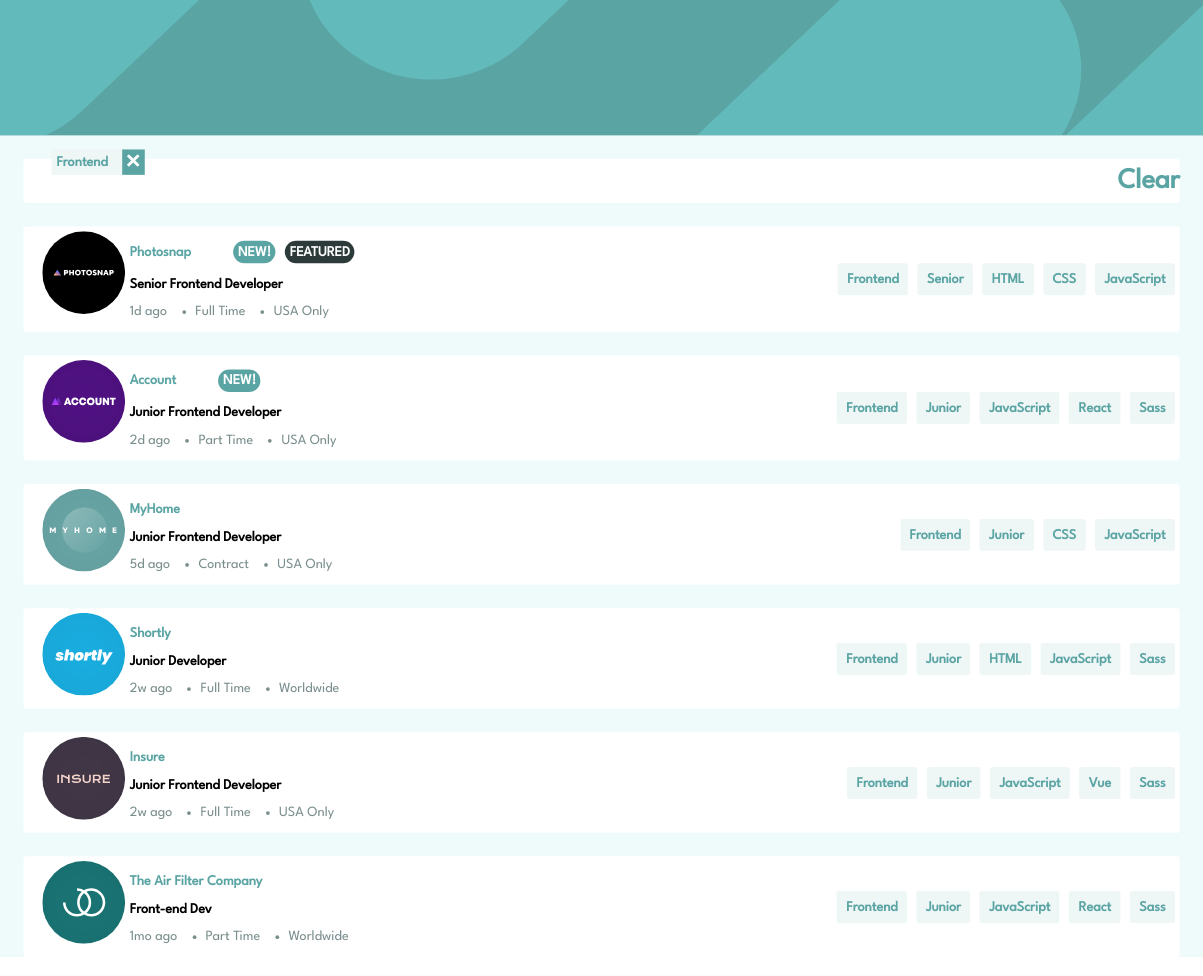
Repository: DevLaukey/job-listing
Page: /, after clicking the first element matching `div.category`
An editor plug-in stored every save of this project. The page is shown before and after the next save, followed by the edit.
The browser window is 1280 px wide. The pictures show the whole page, at 94% of full size.
Some web fonts or font styles are not loaded; a fallback is used. The project was rebuilt for these pictures with package versions that can differ from the ones it lists, and the page was loaded fresh each time.

Above is the page before, as saved 2022-06-06 00:35:35.

### src/App.js
import { useState } from "react";
import "./App.css";
import Filter from "./components/Filter";
import Header from "./components/Header";
import Tablet from "./components/Tablet";
import data from "./data.json";

function App() {
  const [tagList, setTagList] = useState([]);


    function filterTag(e) {
      if (tagList.length === 0) {
        return true;
      } else {
        let jobTags = [e.role, e.level, ...e.languages, ...e.tools];

        return tagList.every((tag) => jobTags.includes(tag));
      }
    }
  // const tablets = data.map((data) =>
  // (<Tablet
  //   key={data.id}
  //   company={data.company}
  //   neew={data.new}
  //   featured={data.featured}
  //   position={data.position}
  //   role={data.role}
  //   level={data.level}
  //   postedAt={data.postedAt}
  //   contract={data.contract}
  //   location={data.location}
  //   languages={data.languages}
  //   tools={data.tools}
  //   logo={data.logo} />));


  return (
    <div className="App">
      <Header onClick={setTagList} tagList={tagList} />
      {data
        .filter((e) => filterTag(e))
        .map((e, id) => (
          <Tablet onClick={setTagList} tagList={tagList} key={id} data={e} />
        ))}
      {/* <Filter />
      <div className="content">{tablets}</div> */}
    </div>
  );
}

export default App;

### src/App.css
@import url('https://fonts.googleapis.com/css2?family=Grape+Nuts&family=League+Spartan&display=swap');
*{
  margin: 0;
  padding: 0;
  box-sizing: border-box;
}
.App{
  background-color: hsl(180, 52%, 96%);
  font-size: 15px;
}

### src/components/Filter.js
function Filter(Props) {
  function handleClick(tagNameTarget) {
    Props.onClick(Props.tagList.filter((tag) => tag !== tagNameTarget));
  }

  if (Props.tagList.length === 0) {
    return "";
  } else {
    return (
      <div className="tablet">
          {Props.tagList.map((e, id) => (
            <div className="filter">
              <div className="option">
                <p className="front-end" key={id}>
                  {e}
                </p>
                <div className="icon" onClick={() => handleClick(e)}>
                  <svg
                    xmlns="http://www.w3.org/2000/svg"
                    width="14"
                    height="14"
                  >
                    <path
                      fill="#FFF"
                      fill-rule="evenodd"
                      d="M11.314 0l2.121 2.121-4.596 4.596 4.596 4.597-2.121 2.121-4.597-4.596-4.596 4.596L0 11.314l4.596-4.597L0 2.121 2.121 0l4.596 4.596L11.314 0z"
                    />
                  </svg>
                </div>
              </div>
            </div>
          ))}
          <h1 className="clear" onClick={() => Props.onClick([])}>
            Clear
          </h1>
        </div>
    );
  }
}

export default Filter;

### src/components/Header.js
import React from 'react'
import Filter from './Filter'
import "./styles.css"

function Header(Props) {
  return (
    <>
      <header className="header"></header>
      <Filter onClick={Props.onClick} tagList={Props.tagList} />
    </>
  );
}

export default Header

### src/components/Tablet.js
import "./styles.css";
import Tagbox from "./Tagbox";

function Tablet(props) {
    let {logo, company, featured, position, postedAt, contract, location,level, role, languages, tools} = props.data;

  let neew = props.data.new;
  return (
    <div className="tablet ">
      <div className="tablet_content">
        <div className="desktop">
          <img className="image" src={logo} alt="" />
          <div className="block">
            <div className="heading">
              <div className="company">
                <p>{company}</p>
              </div>
              <div>{neew && <p className="new">NEW!</p>}</div>
              <div>{featured && <p className="featured">FEATURED</p>}</div>
            </div>

            <div className="title">
              <p>{position}</p>
            </div>
            <div className="details">
              <p>{postedAt}</p>
              <ul className="list">
                <li>{contract}</li>
                <li className="country">{location}</li>
              </ul>
            </div>
          </div>
        </div>
        <hr className="line" />
      </div>
      <div className="tags">
        <Tagbox
          onClick={props.onClick}
          tagList={props.tagList}
          tagName={role}
        />
        <Tagbox
          onClick={props.onClick}
          tagList={props.tagList}
          tagName={level}
        />
        {languages.map((e, id) => (
          <Tagbox
            onClick={props.onClick}
            tagList={props.tagList}
            key={`${id}_${id}_languages`}
            tagName={e}
          />
        ))}
        {tools.map((e, id) => (
          <Tagbox
            onClick={props.onClick}
            tagList={props.tagList}
            key={`${id}_${id}_tools`}
            tagName={e}
          />
        ))}
      </div>
    </div>
  );
}

export default Tablet;

### src/components/styles.css
.header {
  background-image: url(../assets/bg-header-mobile.svg);
  padding: 10vh;
  background-color: hsl(180, 29%, 50%);
}
.tablet {
  background-color: white;
  margin: 25px 25px 20px 25px;
  font-family: "League Spartan", sans-serif;
  border-radius: 3px;
  font-weight: 700;
}
.tablet:hover {
  transition: 0.2s ease-in-out;
  border-left: 3px solid hsl(180, 29%, 50%);
}
.tablet_content {
  margin-left: 15px;
  margin-right: 30px;
  align-items: center;
}
.image {
  height: 50px;
  margin-top: -20px;
}
.heading {
  margin-top: 15px;
  display: flex;
}
.company {
  color: hsl(180, 29%, 50%);
  margin-right: 3em;
  margin-top: 5px;
}
.new {
  background-color: hsl(180, 29%, 50%);
  padding: 5px;
  color: white;
  border-radius: 25px;
  margin-right: 10px;
}
.featured {
  background-color: hsl(180, 14%, 20%);
  padding: 5px;
  color: white;
  border-radius: 25px;
}
.title {
  margin-top: 15px;
}
.title:hover {
  cursor: pointer;
  color: hsl(180, 29%, 50%);
}
.details {
  display: flex;
  color: hsl(180, 8%, 52%);
  font-weight: 400;
  margin-top: 15px;
  margin-bottom: 15px;
}
.list {
  display: flex;
  margin-left: 2em;
}
.country {
  margin-left: 2em;
}
.line {
  margin-bottom: 15px;
  color: gray;
}
.tags {
  color: hsl(180, 29%, 50%);
  display: flex;
  flex-wrap: wrap;
}
.category {
  background-color: hsl(180, 31%, 95%);
  padding: 10px;
  border-radius: 3px;
  margin: 5px;
}

.filter {
  display: flex;
  padding: 10px;
  border-radius: 3px;
  margin: -20px 20px 5px 20px;
  flex-wrap: wrap;
  justify-content: space-between;
}
.option {
  background-color: hsl(180, 31%, 95%);
  color: hsl(180, 29%, 50%);
  display: flex;
  align-items: center;
  width: fit-content;
  margin-bottom: 15px;
}
.front-end {
  padding: 5px;
}
.icon {
  margin-left: 10px;
  flex-grow: 1;
  height: 100%;
  padding: 5px;
  background-color: hsl(180, 29%, 50%);
}
.icon:hover {
  background-color: hsl(180, 14%, 20%);
  transition: 0.2s ease-in-out;
}
.clear {
  color: hsl(180, 29%, 50%);
}
.clear:hover {
  cursor: pointer;
  padding: 3px;
  text-decoration: underline;
  transition: 0.2s ease-in-out;
}
.desktop {
  display: block;
}
.category:hover {
  transition: 0.2s ease-in-out;
  cursor: pointer;
  background-color: hsl(180, 29%, 50%);
  color: white;
}
/* media query */

@media screen and (min-width: 768px) {
  .header {
    background-image: url(../assets/bg-header-desktop.svg);
  }
  .line {
    display: none;
  }
  .tablet {
    display: flex;
    align-items: center;
    justify-content: space-between;
  }
  .desktop {
    display: flex;
  }
  .image {
    margin: 0;
    padding: 5px;
    height: 100%;
  }
}

### src/components/Tagbox.js
import React from "react";

function Tagbox(Props) {
  function handleClick() {
    if (Props.tagList.includes(Props.tagName)) {
      return;
    } else {
      Props.onClick([...Props.tagList, Props.tagName]);
    }
  }
  return <div class="category" onClick={handleClick}> {Props.tagName}</div>;
}

export default Tagbox;

Loaded but not shown: public/index.html (common file); src/index.js (common file); src/index.css (common file); src/reportWebVitals.js (common file); src/data.json (common file)

After the next save:
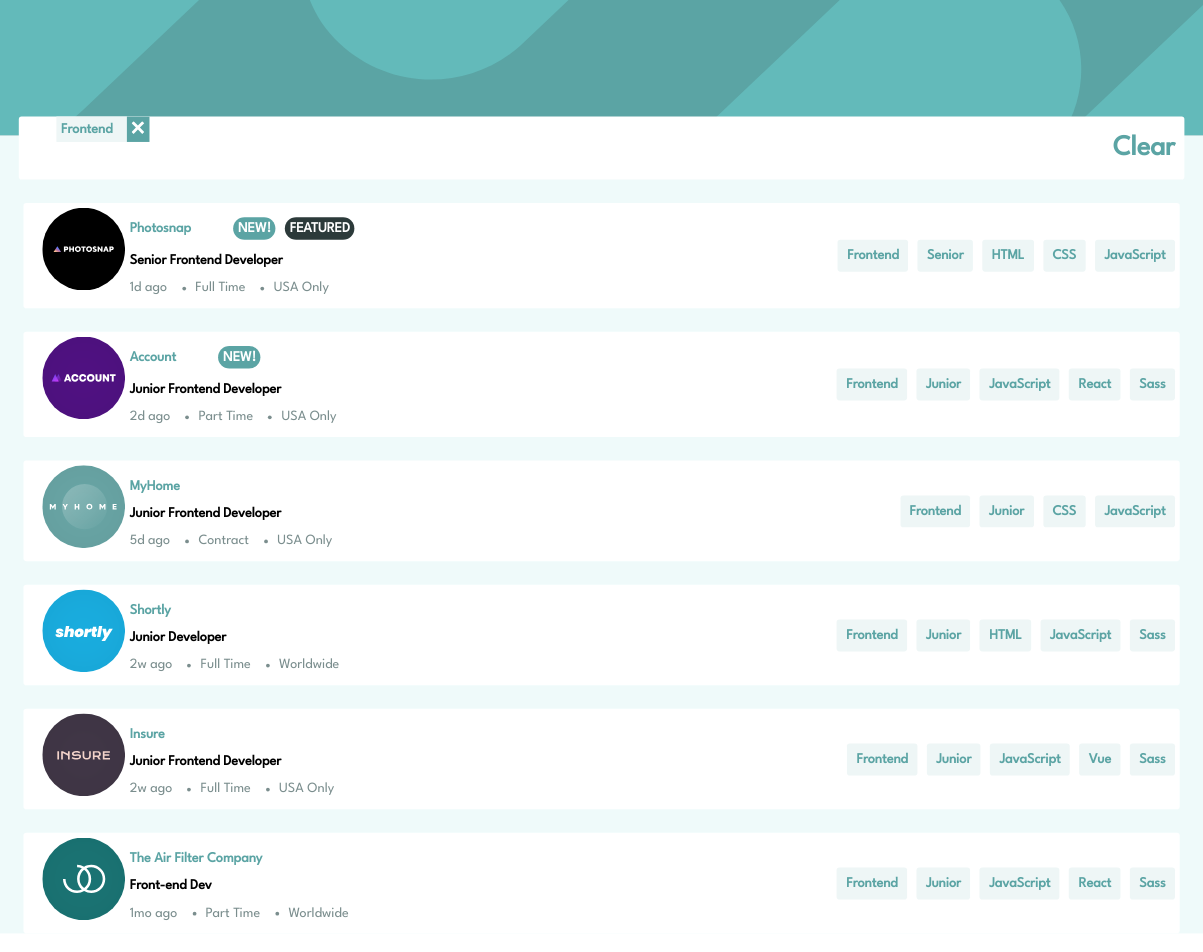
Saved 18 s later.
--- a/src/components/Filter.js
+++ b/src/components/Filter.js
@@ -7,7 +7,7 @@ function Filter(Props) {
     return "";
   } else {
     return (
-      <div className="tablet">
+      <div className="tablet filter">
           {Props.tagList.map((e, id) => (
             <div className="filter">
               <div className="option">
